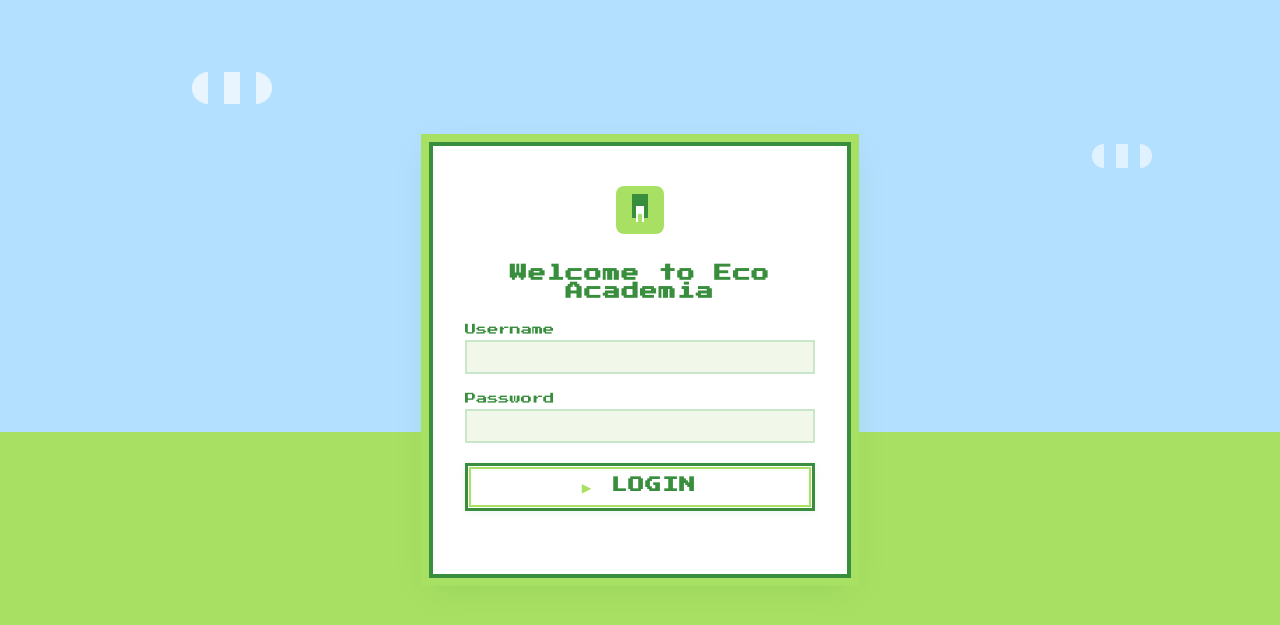
Repository: hotaruhshs/eco-academia
Page: login/index.html
The author's editor kept a copy of each file at every save. The page is drawn from the files as they stood at one save, then again after the next save.
The browser window is 1280 px wide. The pictures show the whole page.

Above is the page before, as saved 2025-07-06 01:16:47.

### login/index.html
<!DOCTYPE html>
<html lang="en">
  <head>
    <meta charset="UTF-8" />
    <meta name="viewport" content="width=device-width, initial-scale=1.0" />
    <title>Eco Academia Login</title>
    <link rel="stylesheet" href="css/login.css" />
    <link
      href="https://fonts.googleapis.com/css2?family=Press+Start+2P&display=swap"
      rel="stylesheet"
    />
  </head>
  <body>
    <div class="login-container">
      <div class="login-card">
        <div class="login-logo">
          <img
            src="images/leaf.svg"
            alt="Eco Academia Logo"
            height="48"
            style="image-rendering: pixelated"
          />
        </div>
        <h2>Welcome to Eco Academia</h2>
        <form id="loginForm">
          <div class="input-group">
            <label for="username">Username</label>
            <input type="text" id="username" name="username" required />
          </div>
          <div class="input-group">
            <label for="password">Password</label>
            <input type="password" id="password" name="password" required />
          </div>
          <button type="submit">Login</button>
        </form>
        <div id="loginMessage"></div>
      </div>
    </div>
    <script src="js/login.js"></script>
  </body>
</html>

### login/css/login.css
/* Pixel art nature theme login page */
body {
  margin: 0;
  padding: 0;
  min-height: 100vh;
  font-family: "Press Start 2P", "Consolas", monospace;
  /* Pixel sky with clouds and grass */
  background: linear-gradient(to bottom, #b3e0ff 0 60%, #a8e063 60% 100%);
  position: relative;
  display: flex;
  align-items: center;
  justify-content: center;
}

body::before {
  content: "";
  position: absolute;
  top: 10%;
  left: 15%;
  width: 80px;
  height: 32px;
  background: repeating-linear-gradient(
    90deg,
    #fff 0 16px,
    transparent 16px 32px
  );
  opacity: 0.7;
  border-radius: 16px;
  filter: blur(0.5px);
  z-index: 0;
}
body::after {
  content: "";
  position: absolute;
  top: 20%;
  right: 10%;
  width: 60px;
  height: 24px;
  background: repeating-linear-gradient(
    90deg,
    #fff 0 12px,
    transparent 12px 24px
  );
  opacity: 0.6;
  border-radius: 12px;
  filter: blur(0.5px);
  z-index: 0;
}

.login-container {
  width: 100vw;
  height: 100vh;
  display: flex;
  align-items: center;
  justify-content: center;
  z-index: 1;
}

.login-card {
  background: #fff;
  border: 4px solid #388e3c;
  border-radius: 0;
  box-shadow: 0 0 0 8px #a8e063, 0 8px 32px rgba(56, 142, 60, 0.15);
  padding: 2.5rem 2rem 2rem 2rem;
  max-width: 350px;
  width: 100%;
  text-align: center;
  position: relative;
  image-rendering: pixelated;
}

.login-logo img {
  margin-bottom: 1rem;
  image-rendering: pixelated;
}

h2 {
  color: #388e3c;
  margin-bottom: 1.5rem;
  font-family: "Press Start 2P", "Consolas", monospace;
  font-size: 1.1rem;
  letter-spacing: 1px;
}

.input-group {
  margin-bottom: 1.2rem;
  text-align: left;
}

.input-group label {
  display: block;
  margin-bottom: 0.3rem;
  color: #388e3c;
  font-weight: 500;
  font-family: "Press Start 2P", "Consolas", monospace;
  font-size: 0.7rem;
}

.input-group input {
  width: 100%;
  box-sizing: border-box;
  padding: 0.6rem 0.6rem;
  border: 2.5px solid #c8e6c9;
  border-radius: 0;
  font-size: 0.7rem;
  background: #f1f8e9;
  font-family: "Press Start 2P", "Consolas", monospace;
  image-rendering: pixelated;
  transition: border 0.2s;
  margin: 0;
}

.input-group input:focus {
  border: 2.5px solid #388e3c;
  outline: none;
}

button[type="submit"] {
  width: 100%;
  padding: 0.7rem;
  background: #fff;
  color: #388e3c;
  border: 3px solid #388e3c;
  border-radius: 0;
  font-size: 1rem;
  font-family: "Press Start 2P", "Consolas", monospace;
  font-weight: 600;
  cursor: pointer;
  box-shadow: 0 2px 8px rgba(56, 142, 60, 0.08);
  image-rendering: pixelated;
  transition: background 0.2s, color 0.2s;
  position: relative;
  letter-spacing: 1px;
  text-transform: uppercase;
  outline: 2px solid #a8e063;
  outline-offset: -6px;
}

button[type="submit"]:hover {
  background: #388e3c;
  color: #fff;
  border-color: #a8e063;
  outline: 2px solid #388e3c;
}

button[type="submit"]::before {
  content: "▶ ";
  color: #a8e063;
  font-size: 1rem;
  position: relative;
  left: -2px;
  top: 0;
}

#loginMessage {
  margin-top: 1rem;
  color: #d32f2f;
  min-height: 1.2em;
  font-family: "Press Start 2P", "Consolas", monospace;
  font-size: 0.8rem;
}

@media (max-width: 500px) {
  .login-card {
    padding: 1.5rem 0.7rem 1.2rem 0.7rem;
    max-width: 95vw;
  }
}

@import url("https://fonts.googleapis.com/css2?family=Press+Start+2P&display=swap");

### login/images/leaf.svg
<svg width="48" height="48" viewBox="0 0 48 48" fill="none" xmlns="http://www.w3.org/2000/svg">
  <rect width="48" height="48" rx="8" fill="#a8e063"/>
  <rect x="16" y="8" width="16" height="24" fill="#388e3c"/>
  <rect x="20" y="20" width="8" height="16" fill="#fff"/>
  <rect x="22" y="28" width="4" height="8" fill="#a8e063"/>
</svg>

### login/js/login.js
// Simulate login for static prototype
const loginForm = document.getElementById('loginForm');
const loginMessage = document.getElementById('loginMessage');

loginForm.addEventListener('submit', function(e) {
    e.preventDefault();
    const username = document.getElementById('username').value.trim();
    const password = document.getElementById('password').value.trim();

    // Simulate login: accept any non-empty username/password
    if (username && password) {
        loginMessage.style.color = '#388e3c';
        loginMessage.textContent = 'Login successful! Redirecting...';
        setTimeout(() => {
            window.location.href = '../dashboard/index.html'; // Placeholder redirect
        }, 1200);
    } else {
        loginMessage.style.color = '#d32f2f';
        loginMessage.textContent = 'Please enter both username and password.';
    }
});

After the next save:
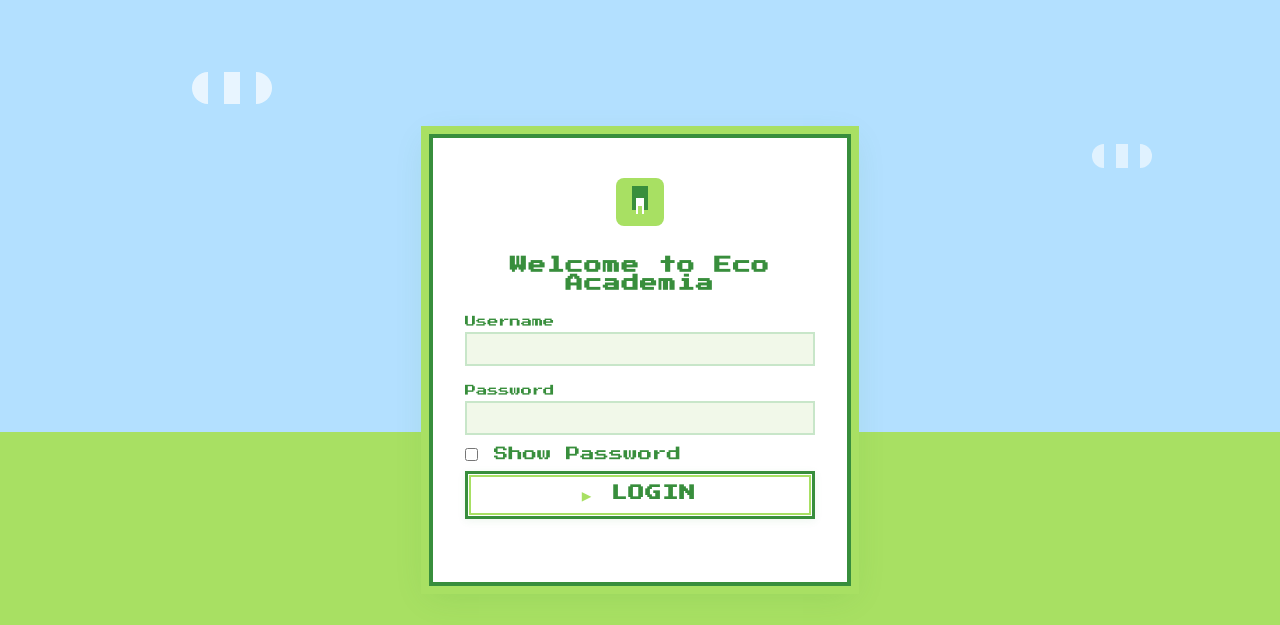
Saved 30 s later.
--- a/login/index.html
+++ b/login/index.html
@@ -31,11 +31,21 @@
             <label for="password">Password</label>
             <input type="password" id="password" name="password" required />
           </div>
+          <div class="input-group" style="margin-top: -10px; margin-bottom: 10px;">
+            <input type="checkbox" id="showPassword" style="width: auto;" />
+            <label for="showPassword" style="display: inline; font-size: 0.9em;">Show Password</label>
+          </div>
           <button type="submit">Login</button>
         </form>
         <div id="loginMessage"></div>
       </div>
     </div>
     <script src="js/login.js"></script>
+    <script>
+      document.getElementById('showPassword').addEventListener('change', function() {
+        const pwd = document.getElementById('password');
+        pwd.type = this.checked ? 'text' : 'password';
+      });
+    </script>
   </body>
 </html>

After the save that followed:
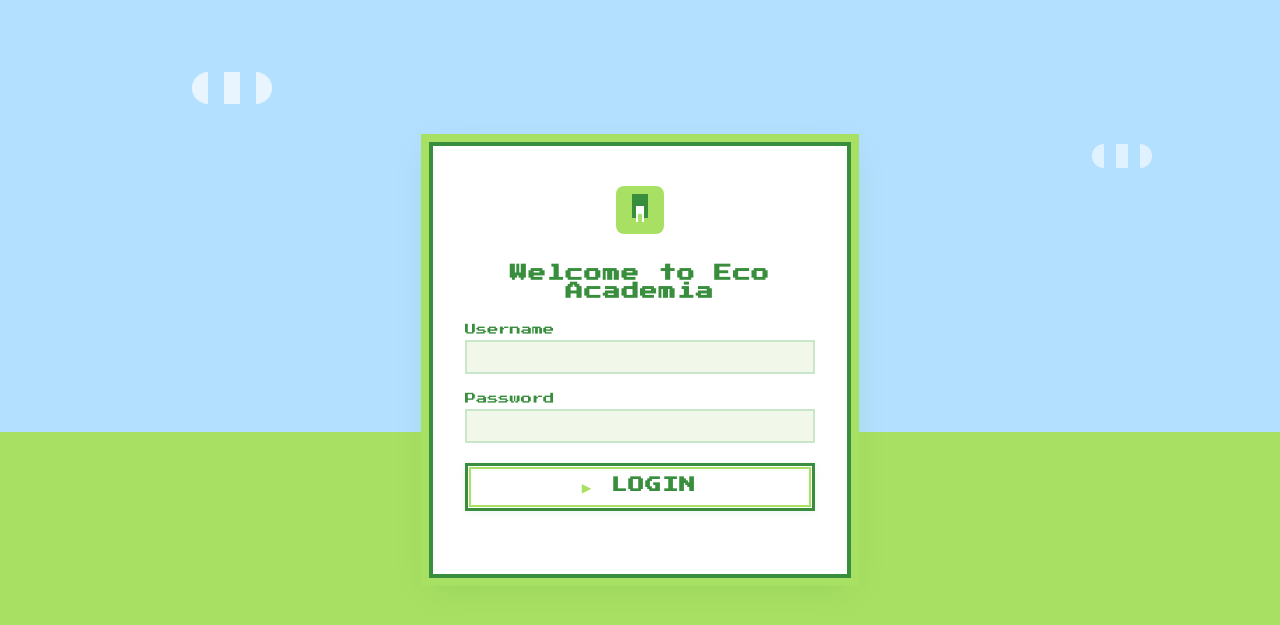
Saved 12 s later.
--- a/login/index.html
+++ b/login/index.html
@@ -31,21 +31,11 @@
             <label for="password">Password</label>
             <input type="password" id="password" name="password" required />
           </div>
-          <div class="input-group" style="margin-top: -10px; margin-bottom: 10px;">
-            <input type="checkbox" id="showPassword" style="width: auto;" />
-            <label for="showPassword" style="display: inline; font-size: 0.9em;">Show Password</label>
-          </div>
           <button type="submit">Login</button>
         </form>
         <div id="loginMessage"></div>
       </div>
     </div>
     <script src="js/login.js"></script>
-    <script>
-      document.getElementById('showPassword').addEventListener('change', function() {
-        const pwd = document.getElementById('password');
-        pwd.type = this.checked ? 'text' : 'password';
-      });
-    </script>
   </body>
 </html>
